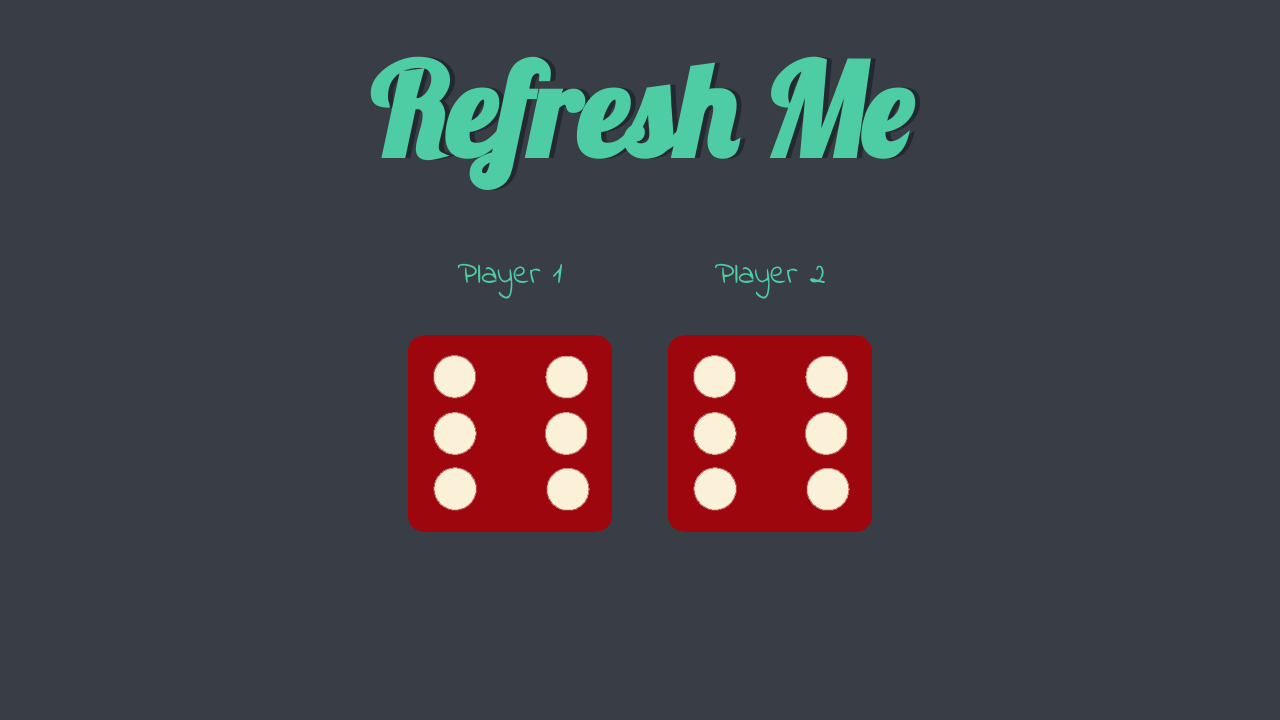
Repository: Sc-Juju/Dice-Game
Page: dicee.html
The author's editor kept a copy of each file at every save. The page is drawn from the files as they stood at one save, then again after the next save.
The browser window is 1280 px wide. The pictures show the whole page.

Above is the page before, as saved 2022-12-15 19:07:32.

### dicee.html
<!DOCTYPE html>
<html lang="en" dir="ltr">
	<head>
		<meta charset="utf-8" />
		<title>Dicee</title>
		<link rel="stylesheet" href="styles.css" />
		<link
			href="https://fonts.googleapis.com/css?family=Indie+Flower|Lobster"
			rel="stylesheet"
		/>
	</head>
	<body>
		<div class="container">
			<h1>Refresh Me</h1>

			<div class="dice">
				<p>Player 1</p>
				<img class="img1" src="./images/dice6.png" />
			</div>

			<div class="dice">
				<p>Player 2</p>
				<img class="img2" src="./images/dice6.png" />
			</div>
		</div>
	</body>
</html>

### index.js
const randomNum = Math.floor(Math.random() * 6) + 1;
const randomDice = "dice" + randomNum + ".png";

const randomSrc = "images/" + randomDice;
const image1 = document.querySelectorAll("img")[0];

image1.setAttribute("src", randomSrc);

const randomNum2 = Math.floor(Math.random() * 6) + 1;

const randomImgSrc2 = "images/dice" + randomNum2 + ".png";

document.querySelectorAll("img")[1].setAttribute("src", randomImgSrc2);

if(randomNum > randomNum2){
    document.querySelector("h1").innerHTML = "🚩 Player 1 Wins!";
} else if (randomNum < randomNum2){
    document.querySelector("h1").innerHTML = "Player 2 Wins! 🚩";
} else(randomNum = randomNum2) =>
    document.querySelector("h1").innerHTML = "Draw!";

Loaded but not shown: styles.css (common file)

After the next save:
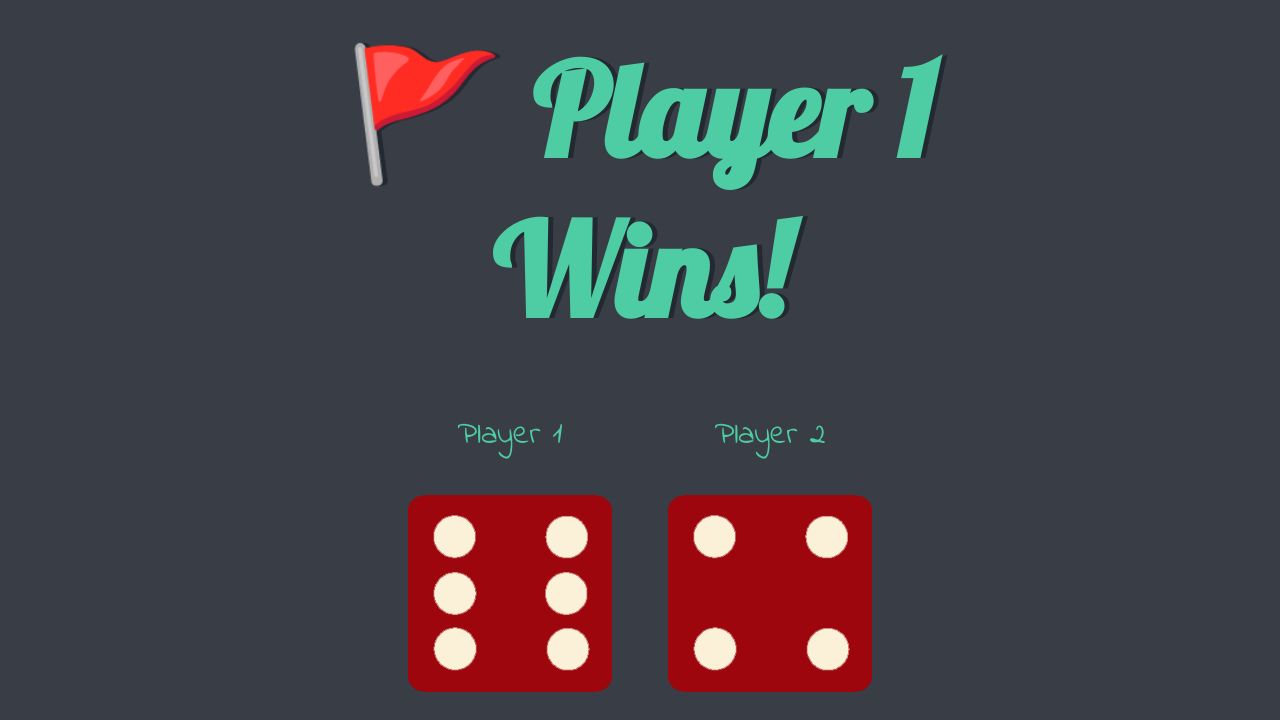
Saved 116 s later.
--- a/dicee.html
+++ b/dicee.html
@@ -23,5 +23,6 @@
 				<img class="img2" src="./images/dice6.png" />
 			</div>
 		</div>
+		<script src="/index.js"></script>
 	</body>
 </html>
